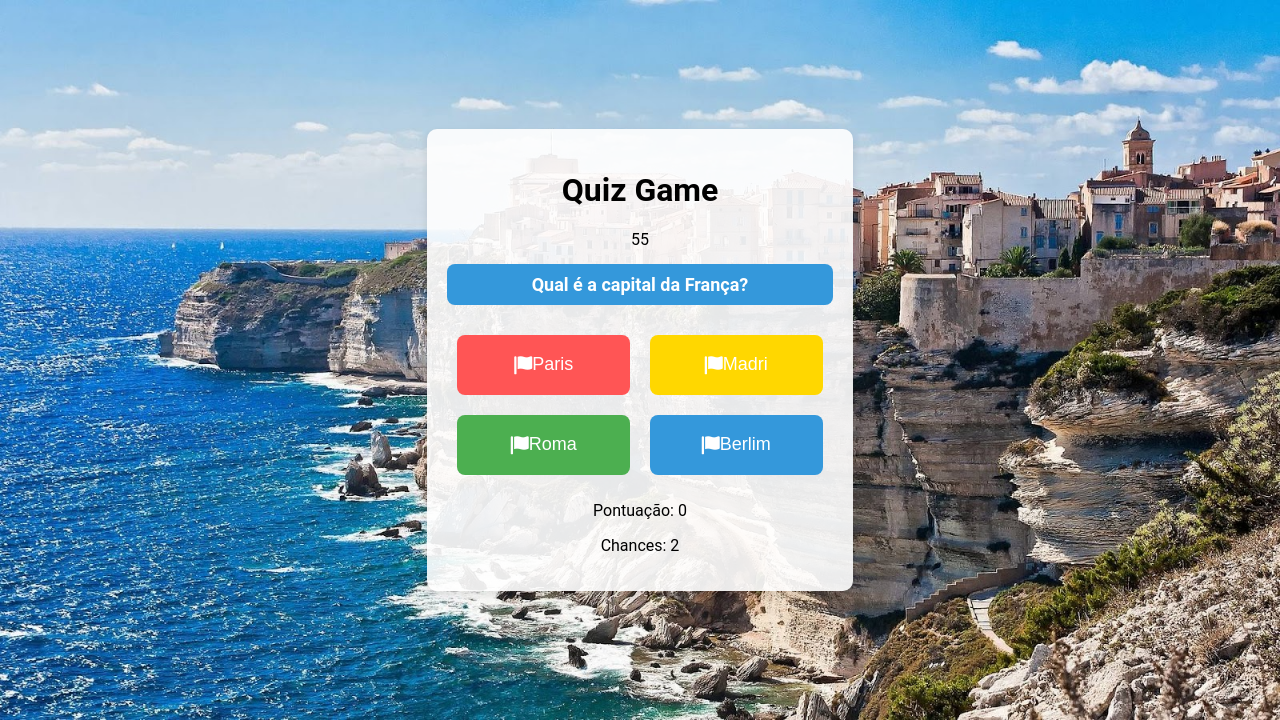
Repository: Matheus904-12/Quizz
Page: index.html
These files come from the project's save history. The page is drawn as it stood at one moment and after the next save; the edit follows.
The browser window is 1280 px wide. The pictures show the whole page.

Above is the page before, as saved 2023-08-21 19:45:38.

After the next save:
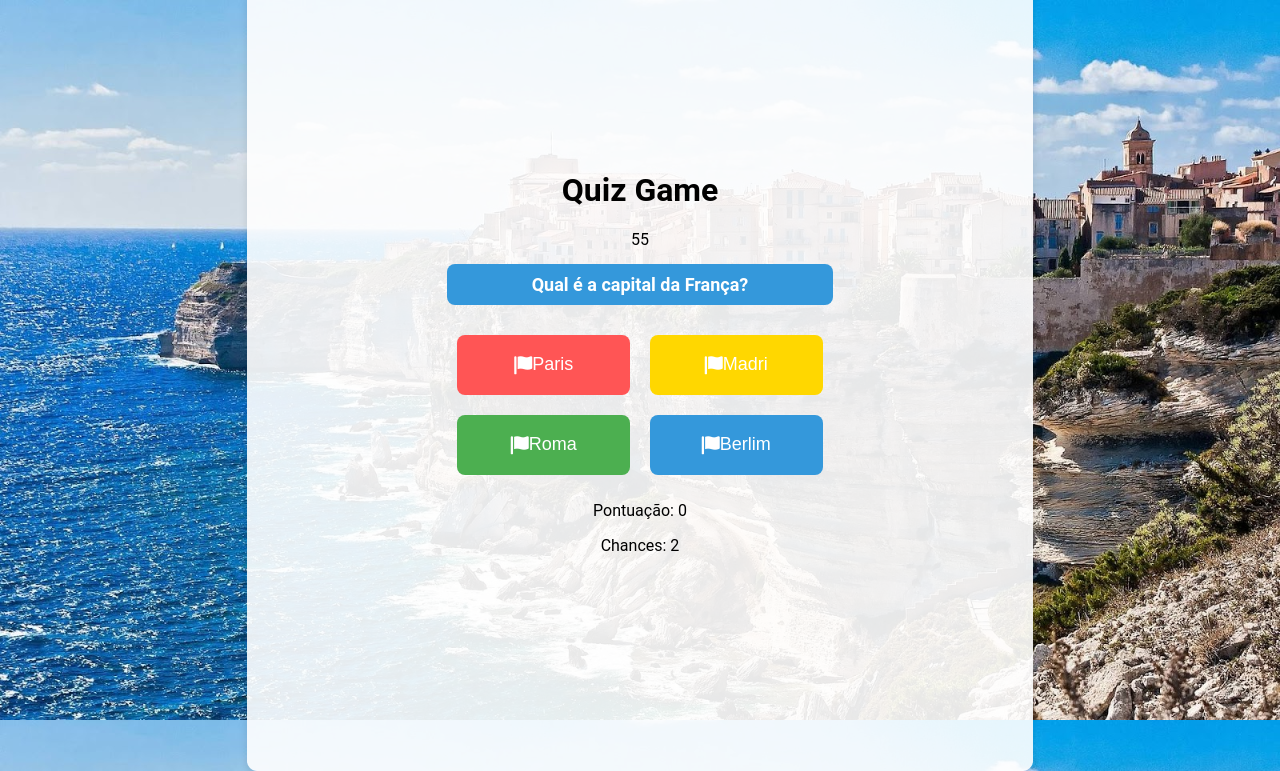
Saved 15 s later.
--- a/style.css
+++ b/style.css
@@ -13,7 +13,7 @@
 
 .quiz-container {
     max-width: 600px; /* Aumentando a largura da caixa de pergunta */
-    padding: 20px;
+    padding: 200px;
     background-color: rgba(255, 255, 255, 0.9);
     border-radius: 10px;
     box-shadow: 0px 4px 8px rgba(0, 0, 0, 0.1);

After the 3 saves that followed:
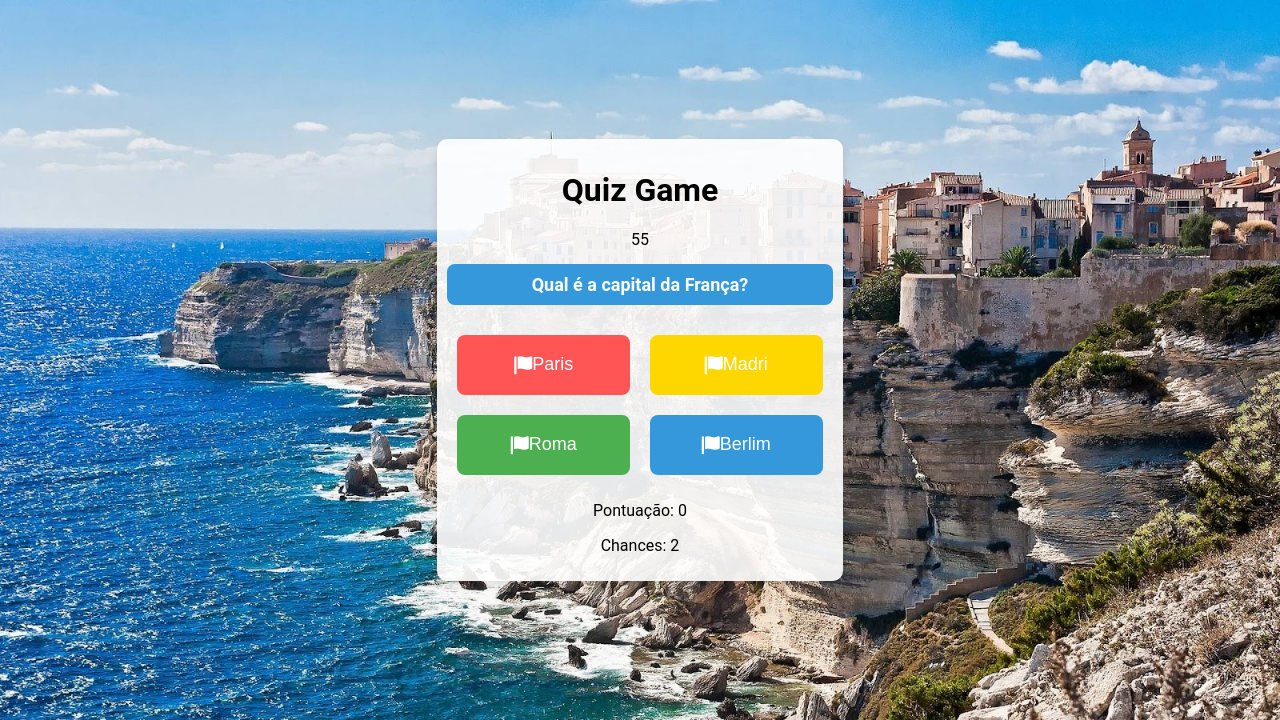
The 3 saves are shown as one change because they came seconds apart.
The last was saved 15 s later.
--- a/style.css
+++ b/style.css
@@ -13,7 +13,7 @@
 
 .quiz-container {
     max-width: 600px; /* Aumentando a largura da caixa de pergunta */
-    padding: 200px;
+    padding: 10px;
     background-color: rgba(255, 255, 255, 0.9);
     border-radius: 10px;
     box-shadow: 0px 4px 8px rgba(0, 0, 0, 0.1);
